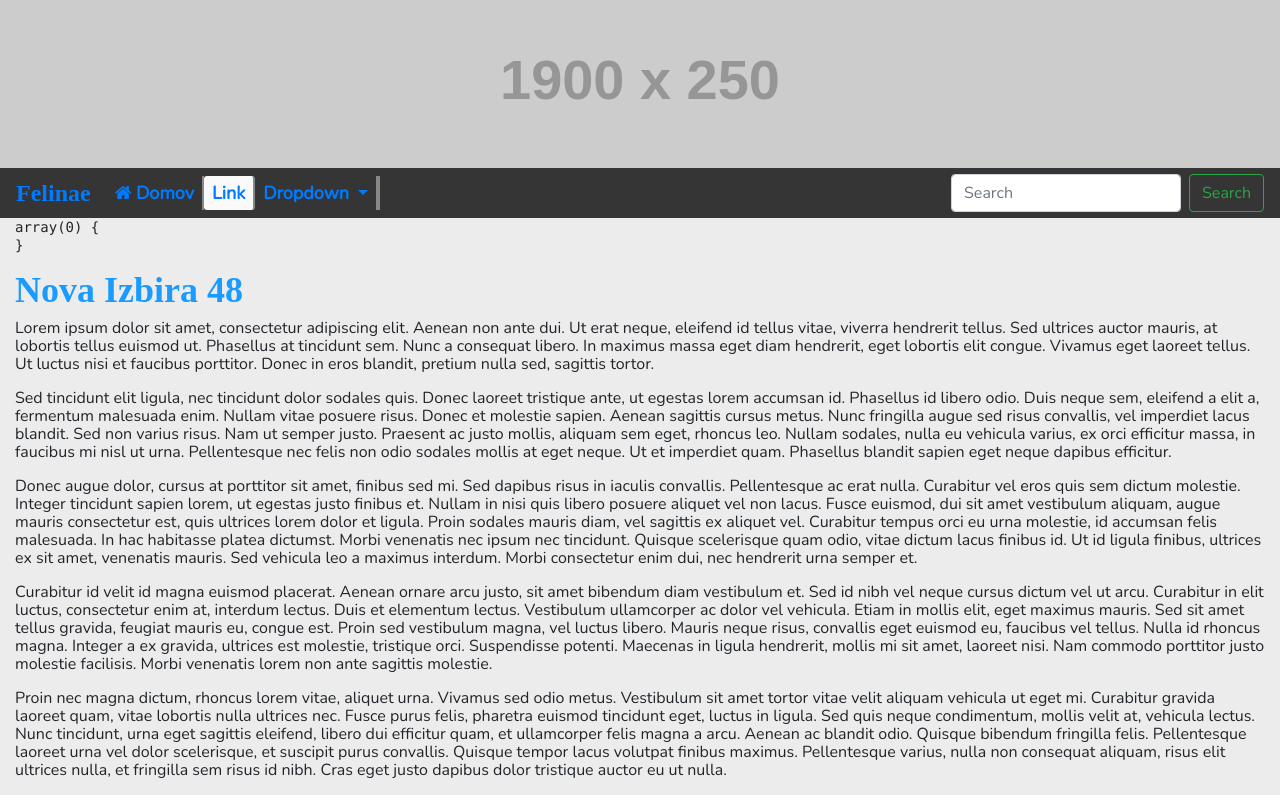
Repository: UrbyK/Felinae
Page: http://localhost/index.php?page=home
These files come from the project's save history. The page is drawn as it stood at one moment and after the next save; the edit follows.
The browser window is 1280 px wide. The pictures show the whole page.
Some web fonts or font styles are not loaded; a fallback is used. The page is run by PHP 8.4 with error messages shown; the project is at /var/www/html/.

Above is the page before, as saved 2020-08-12 11:30:36.

### index.php
<?php
    session_start();

    include './functions.php';

    $pdo = pdo_connect_mysql();

    $page = isset($_GET['page']) && file_exists($_GET['page']. '.php') ? $_GET['page'] : 'home';
    include $page . '.php';


?>

### functions.php
<?php
    include './includes/dbh.inc.php';

    include_once('./includes/search-functions.php');

    function template_header($title){
        include_once('./header.php');
    }

    function template_footer(){
        include_once('./footer.php');
    }


    function countries(){
        $pdo = pdo_connect_mysql();
        $stmt = $pdo->prepare("SELECT * FROM country");
        $stmt->execute();
        $result = $stmt->fetchAll(PDO::FETCH_ASSOC);
        return $result;
    }


?>

### includes/dbh.inc.php
<?php
    function pdo_connect_mysql(){
        /* credentials */
        $dbHost = 'localhost';
        $dbUser = 'root';
        $dbPass = '';
        $dbName = 'felinae';

        try{
            return new PDO('mysql:host=' . $dbHost . ';dbname=' . $dbName . ';charset=utf8', $dbUser, $dbPass);
        } catch (PDOException $exception) {
            // If there is an error with the connection, stop the script and display the error.
            die ('Failed to connect to database!'. $exception->getMessage());
        }
    }
?>

### includes/search-functions.php
<?php
    function get_city($pdo, $city, $postalCode, $country_id){

        $query = "SELECT * FROM city WHERE country_id = ? AND lower(city) LIKE lower(?) AND postalCode = ?";
        $stmt = $pdo->prepare($query);
        $stmt->execute([$country_id, $city, $postalCode]);
        return $stmt;
    }
?>

### home.php
<?=template_header('Home')?>

<?php


echo '<pre>';
var_dump($_SESSION);
echo '</pre>';
?>

    <h1>Nova Izbira 48</h1>
<p>
Lorem ipsum dolor sit amet, consectetur adipiscing elit. Aenean non ante dui. Ut erat neque, eleifend id tellus vitae, viverra hendrerit tellus. Sed ultrices auctor mauris, at lobortis tellus euismod ut. Phasellus at tincidunt sem. Nunc a consequat libero. In maximus massa eget diam hendrerit, eget lobortis elit congue. Vivamus eget laoreet tellus. Ut luctus nisi et faucibus porttitor. Donec in eros blandit, pretium nulla sed, sagittis tortor.
</p>
<p>
Sed tincidunt elit ligula, nec tincidunt dolor sodales quis. Donec laoreet tristique ante, ut egestas lorem accumsan id. Phasellus id libero odio. Duis neque sem, eleifend a elit a, fermentum malesuada enim. Nullam vitae posuere risus. Donec et molestie sapien. Aenean sagittis cursus metus. Nunc fringilla augue sed risus convallis, vel imperdiet lacus blandit. Sed non varius risus. Nam ut semper justo. Praesent ac justo mollis, aliquam sem eget, rhoncus leo. Nullam sodales, nulla eu vehicula varius, ex orci efficitur massa, in faucibus mi nisl ut urna. Pellentesque nec felis non odio sodales mollis at eget neque. Ut et imperdiet quam. Phasellus blandit sapien eget neque dapibus efficitur.
</p>
<p>
Donec augue dolor, cursus at porttitor sit amet, finibus sed mi. Sed dapibus risus in iaculis convallis. Pellentesque ac erat nulla. Curabitur vel eros quis sem dictum molestie. Integer tincidunt sapien lorem, ut egestas justo finibus et. Nullam in nisi quis libero posuere aliquet vel non lacus. Fusce euismod, dui sit amet vestibulum aliquam, augue mauris consectetur est, quis ultrices lorem dolor et ligula. Proin sodales mauris diam, vel sagittis ex aliquet vel. Curabitur tempus orci eu urna molestie, id accumsan felis malesuada. In hac habitasse platea dictumst. Morbi venenatis nec ipsum nec tincidunt. Quisque scelerisque quam odio, vitae dictum lacus finibus id. Ut id ligula finibus, ultrices ex sit amet, venenatis mauris. Sed vehicula leo a maximus interdum. Morbi consectetur enim dui, nec hendrerit urna semper et.
</p>
<p>
Curabitur id velit id magna euismod placerat. Aenean ornare arcu justo, sit amet bibendum diam vestibulum et. Sed id nibh vel neque cursus dictum vel ut arcu. Curabitur in elit luctus, consectetur enim at, interdum lectus. Duis et elementum lectus. Vestibulum ullamcorper ac dolor vel vehicula. Etiam in mollis elit, eget maximus mauris. Sed sit amet tellus gravida, feugiat mauris eu, congue est. Proin sed vestibulum magna, vel luctus libero. Mauris neque risus, convallis eget euismod eu, faucibus vel tellus. Nulla id rhoncus magna. Integer a ex gravida, ultrices est molestie, tristique orci. Suspendisse potenti. Maecenas in ligula hendrerit, mollis mi sit amet, laoreet nisi. Nam commodo porttitor justo molestie facilisis. Morbi venenatis lorem non ante sagittis molestie.
</p>
<p>
Proin nec magna dictum, rhoncus lorem vitae, aliquet urna. Vivamus sed odio metus. Vestibulum sit amet tortor vitae velit aliquam vehicula ut eget mi. Curabitur gravida laoreet quam, vitae lobortis nulla ultrices nec. Fusce purus felis, pharetra euismod tincidunt eget, luctus in ligula. Sed quis neque condimentum, mollis velit at, vehicula lectus. Nunc tincidunt, urna eget sagittis eleifend, libero dui efficitur quam, et ullamcorper felis magna a arcu. Aenean ac blandit odio. Quisque bibendum fringilla felis. Pellentesque laoreet urna vel dolor scelerisque, et suscipit purus convallis. Quisque tempor lacus volutpat finibus maximus. Pellentesque varius, nulla non consequat aliquam, risus elit ultrices nulla, et fringilla sem risus id nibh. Cras eget justo dapibus dolor tristique auctor eu ut nulla.
</p>

### header.php
<!DOCTYPE html>
<html>
    <head>
        <meta charset="utf-8" content="text/html"/>
        <meta name="viewport" content="width=device-width, intital-scale=1.0"/>

        <!-- JavaScript -->
        <script src="https://code.jquery.com/jquery-3.5.1.min.js" integrity="sha256-9/aliU8dGd2tb6OSsuzixeV4y/faTqgFtohetphbbj0=" crossorigin="anonymous"></script>

        <!-- Boostrap -->
            <!-- CSS -->
        <link rel="stylesheet" href="https://stackpath.bootstrapcdn.com/bootstrap/4.5.0/css/bootstrap.min.css"
            integrity="sha384-9aIt2nRpC12Uk9gS9baDl411NQApFmC26EwAOH8WgZl5MYYxFfc+NcPb1dKGj7Sk" crossorigin="anonymous" />

            <!-- JavaScript -->
        <script src="https://stackpath.bootstrapcdn.com/bootstrap/4.5.0/js/bootstrap.bundle.min.js"
             integrity="sha384-1CmrxMRARb6aLqgBO7yyAxTOQE2AKb9GfXnEo760AUcUmFx3ibVJJAzGytlQcNXd" crossorigin="anonymous"></script>

        <!-- FONTAWESOME -->
        <link rel="stylesheet" href="https://stackpath.bootstrapcdn.com/font-awesome/4.7.0/css/font-awesome.min.css" integrity="sha384-wvfXpqpZZVQGK6TAh5PVlGOfQNHSoD2xbE+QkPxCAFlNEevoEH3Sl0sibVcOQVnN"
         crossorigin="anonymous">

         <script src="./js/active-menu.js" crossorigin="anonymous"></script>


        <!-- Custom CSS -->
        <link rel="stylesheet" href="./css/style.css"/>

        <title>Felinae</title>
    </head>

    <body>

        <header>
            <div class="banner"><img src="https://via.placeholder.com/1900x250" alt="banner"></div>
        </header>

       <!-- <nav class="navbar sticky-top navbar-expand-lg navbar-light bg-light ">-->
        <nav class="navbar sticky-top navbar-expand-lg">
            <a class="navbar-brand" href="#">Felinae</a>
            <button class="navbar-toggler ml-auto custom-toggler" type="button" data-toggle="collapse" data-target="#navbarSupportedContent" aria-controls="navbarSupportedContent" aria-expanded="false" aria-label="Toggle navigation">
                <span class="navbar-toggler-icon"></span>
            </button>

            <div class="collapse navbar-collapse" id="navbarSupportedContent">

                <ul class="navbar-nav mr-auto">
                    <li class="nav-item">
                        <a class="nav-link" href="./index.php"><i class="fa fa-home" aria-hidden="true"></i> Domov <span class="sr-only">(current)</span></a>
                    </li>
                    <li class="nav-item">
                        <a class="nav-link" href="./index.php?page=home">Link</a>
                    </li>
                    <li class="nav-item dropdown" >
                        <a class="nav-link dropdown-toggle" href="#" id="navbarDropdown" role="button" data-toggle="dropdown" aria-haspopup="true" aria-expanded="false">
                        Dropdown
                        </a>
                        <div class="dropdown-menu" aria-labelledby="navbarDropdown">
                        <a class="dropdown-item" href="#">Action</a>
                        <a class="dropdown-item" href="#">Another action</a>
                        <div class="dropdown-divider"></div>
                        <a class="dropdown-item" href="#">Something else here</a>
                        </div>
                    </li>
                    <li class="nav-item">

                    </li>
                </ul>

                <form class="form-inline my-2 my-lg-0">
                    <input class="form-control mr-sm-2" type="search" placeholder="Search" aria-label="Search">
                    <button class="btn btn-outline-success my-2 my-sm-0" type="submit">Search</button>
                </form>

            </div>
        </nav>

    <div class="container-fluid">

### js/active-menu.js
$(function(){
    // this will get the full URL at the address bar
    var url = window.location.href;

    // passes on every "a" tag
    $(".navbar a").each(function() {
            // checks if its the same on the address bar
        if(url == (this.href)) {
            $(this).closest("li").addClass("active");
        }
    });
});

### css/style.css
@import url('http://fonts.googleapis.com/css?family=Oxygen+Mono');
@import url('https://fonts.googleapis.com/css?family=Damion|Neucha|Pacifico|Yellowtail&display=swap');
@import url('https://fonts.googleapis.com/css2?family=Crimson+Text&family=Nunito&family=Overlock&family=Source+Sans+Pro&display=swap');
@import url('https://fonts.googleapis.com/css2?family=Love+Ya+Like+A+Sister&display=swap');

body{
    padding: 0;
    margin: 0 auto;
    font-size: 16px;
    line-height: 1.125em;

    font-family: 'Nunito', 'Source Sans Pro', sans-serif;
    background-color: #ececec;
}

h1, h2, h3, h4, h5, h6{
    font-family: 'Overlock', 'Crimson Text', cursive, serif;
    color: #1b9bff;
    font-weight: 550;
    line-height: 1.125em;
}

h1{
    font-size: 36px;
}
h2{
    font-size: 32px;
}
h3{
    font-size: 28px;
}
h4{
    font-size: 24px;
}
h5{
    font-size: 20px;
}
h6{
    font-size: 16px;
}
/* BANNER */
.banner img{
    width: 100%;
    height: auto;
}

/*NAVBAR*/
.navbar{
    background-color: rgb(53,53,53);
    font-size: 18px;
    font-weight: 600;
    max-height: 50px;
}

.navbar-brand{
    font-size: 24px;
    font-family: 'Love Ya Like A Sister','Overlock';
    font-weight: 800;

}

.custom-toggler .navbar-toggler-icon {
    background-image: url("data:[embedded picture, 239 characters]");
  }

  .custom-toggler, .navbar-toggler {
    border-color: rgb(27, 155, 255);
    border-width: 2px;
  }

  .active{
    background-color: #FAFAFA;
    border-radius: 3px;
  }
.navbar-nav .nav-item{
    border-right: 2px solid #888;
}


/*REGISTER/LOGIN FORM*/

.my-form .hint{
    font-size: 10px;
}

After the next save:
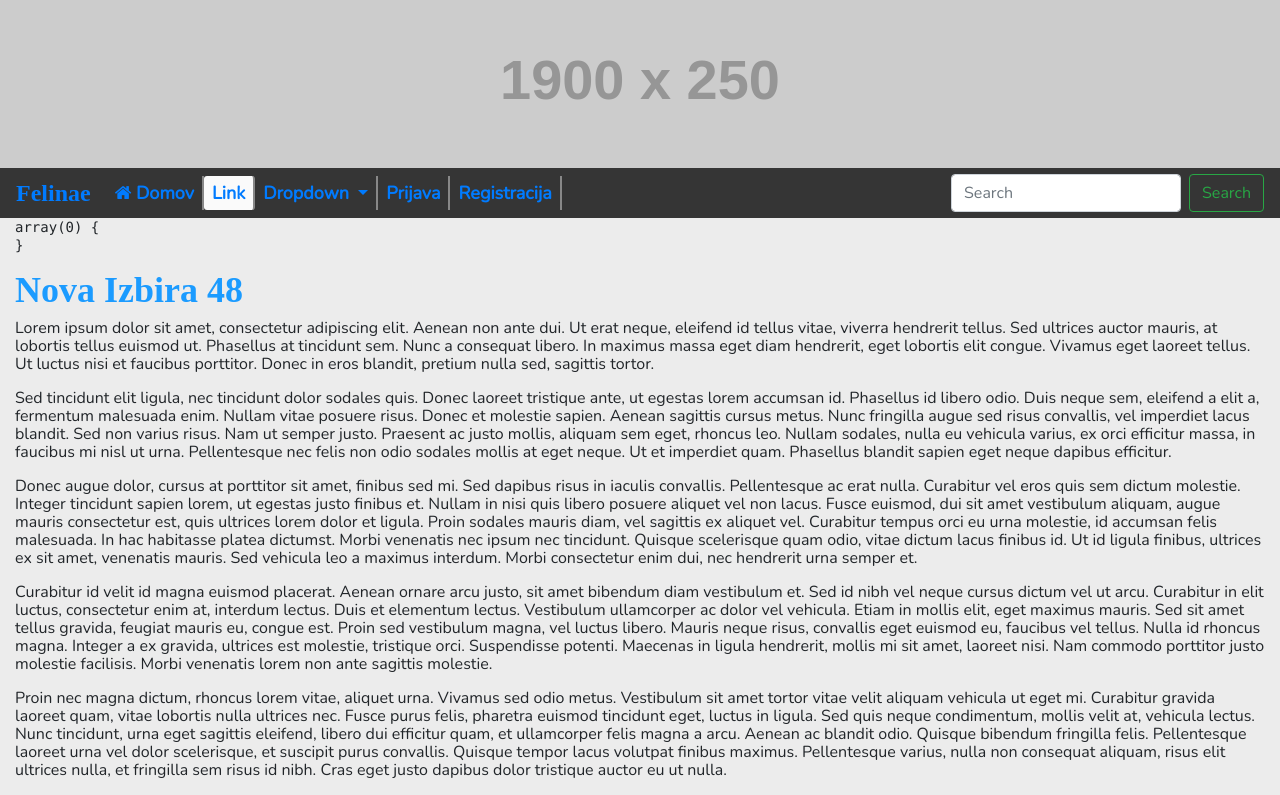
Saved 69 min 2 s later.
--- a/header.php
+++ b/header.php
@@ -63,7 +63,10 @@
                         </div>
                     </li>
                     <li class="nav-item">
-
+                        <a class="nav-link" href="./index.php?page=login">Prijava</a>
+                    </li>
+                    <li class="nav-item">
+                        <a class="nav-link" href="./index.php?page=register-personal">Registracija</a>
                     </li>
                 </ul>
 
